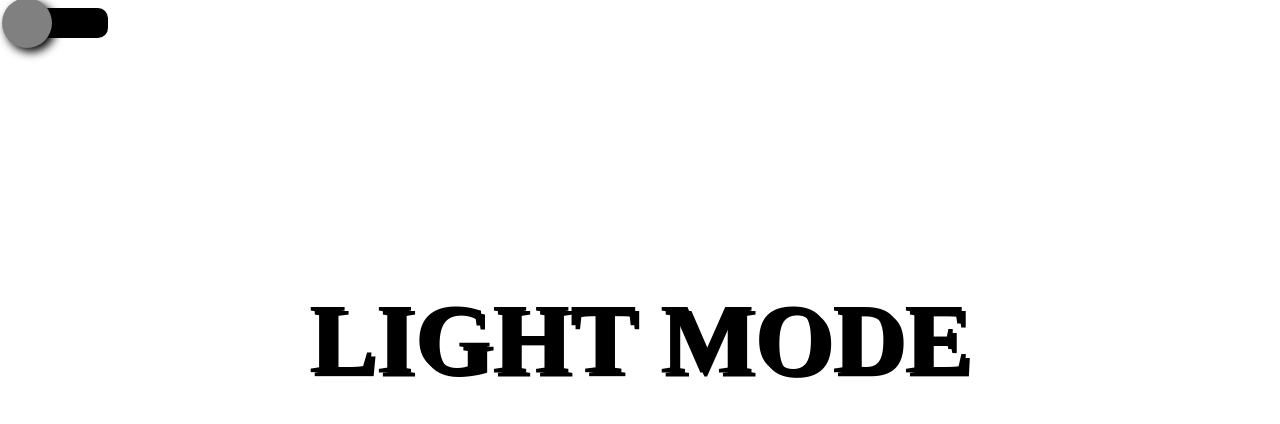
Repository: Eugene44-hub/darkmode-lightmode
Page: index.html
These files come from the project's save history. The page is drawn as it stood at one moment and after a run of saves; the edit follows.
The browser window is 1280 px wide. The pictures show the whole page.

Above is the page before, as saved 2021-09-13 02:01:08.

### index.html
<!DOCTYPE html>
<html lang="en">

<head>
    <meta charset="UTF-8">
    <meta http-equiv="X-UA-Compatible" content="IE=edge">
    <meta name="viewport" content="width=device-width, initial-scale=1.0">
    <title>Document</title>
    <link rel="stylesheet" href="style.css">
</head>

<body>

    <div class="box">
        <div class="circle"></div>
    </div>

    <div class="container">
        <p> Light mode</p>
    </div>

    <!-- <div class="square"></div>
    <div class="circle"></div> -->
    <script src="app.js"></script>
</body>

</html>

### style.css
body {
    height: 600px;
    transition: all 0.5s;
}

p {
    margin: auto;
    font-size: 30px;
    font-weight: bold;
    text-transform: uppercase;
    text-align: center;
    font-size: 100px;
    text-shadow: 4px 4px;
}

.box {
    background-color: black;
    height: 30px;
    width: 100px;
    position: relative;
    transition: all 0.5s;
    border-radius: 10px;
}

.container {
    height: 600px;
    display: flex;
}

.circle {
    top: -10px;
    background-color: grey;
    height: 50px;
    width: 50px;
    box-shadow: 4px 4px 10px black;
    border-radius: 50%;
    position: absolute;
    left: -6px;
    transition: all 0.5s;
}

### app.js
const circle = document.querySelector('.circle');
const box = document.querySelector('.box');
const text = document.querySelector('p');
circle.addEventListener('click', e => {
    if (circle.style.left == '-6px') {
        document.body.style.backgroundColor = 'black';
        circle.style.left = '50px'
        box.style.backgroundColor = 'white'
        text.style.color = 'white';
        text.textContent = 'dark mode'

    } else {
        circle.style.left = '-6px'
        document.body.style.backgroundColor = 'white';
        text.style.color = 'black';
        box.style.backgroundColor = 'black';
        text.textContent = 'light mode';
    }
})

After the next 2 saves:
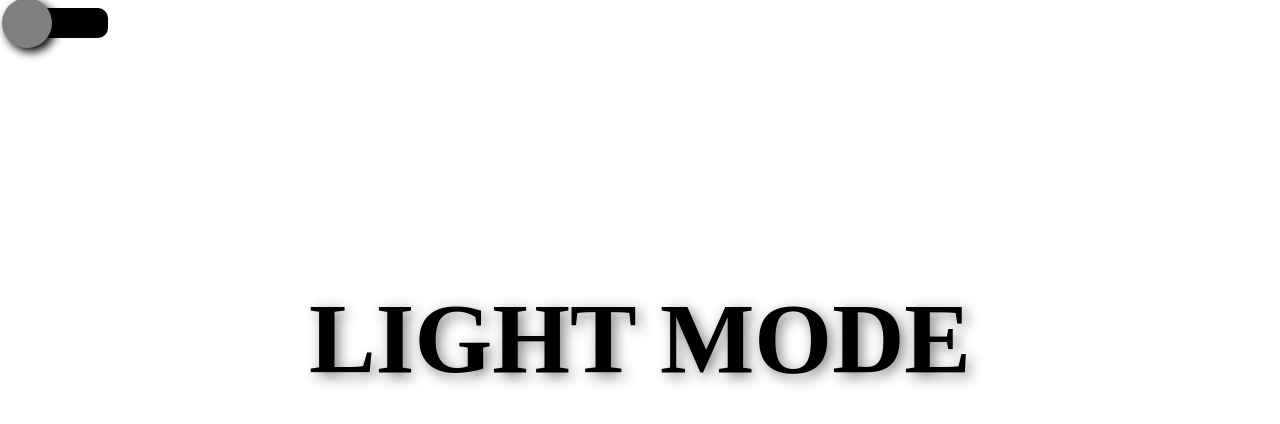
The 2 saves are shown as one change because they came seconds apart.
The last was saved 9 s later.
--- a/style.css
+++ b/style.css
@@ -10,7 +10,7 @@ p {
     text-transform: uppercase;
     text-align: center;
     font-size: 100px;
-    text-shadow: 4px 4px;
+    text-shadow: 4px 4px 14px grey;
 }
 
 .box {
